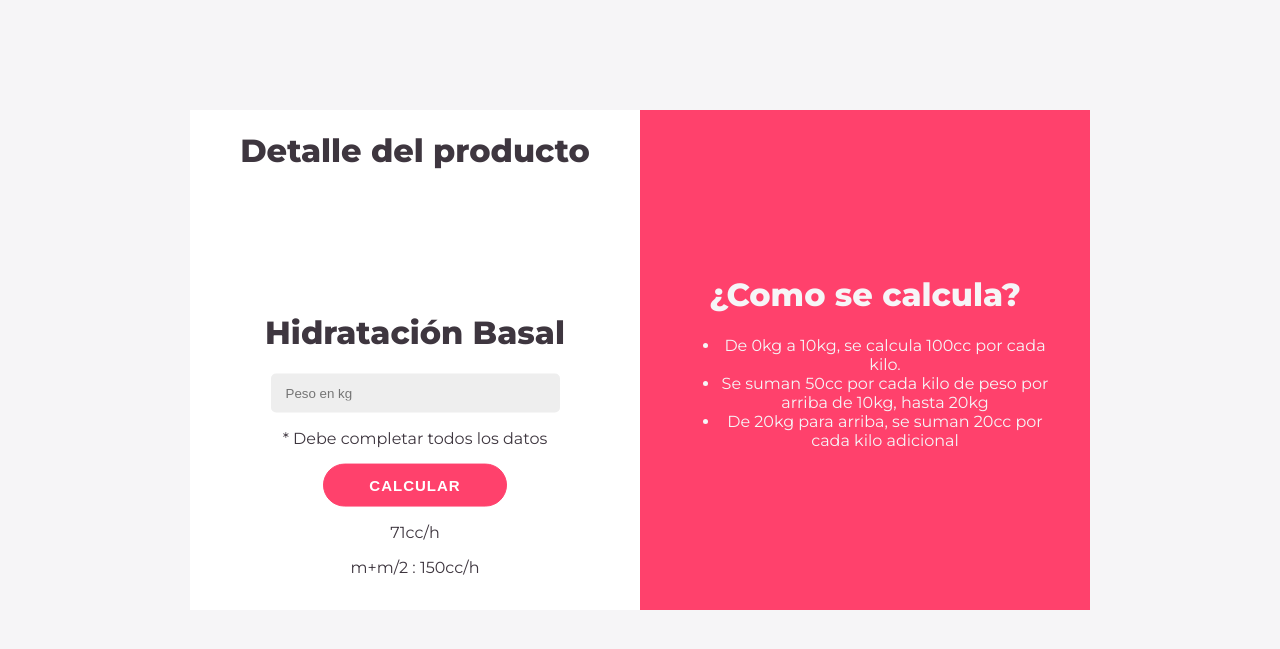
Repository: Fredy452/calculadora_basal
Page: index.html
These files come from the project's save history. The page is drawn as it stood at one moment and after the next save; the edit follows.
The browser window is 1280 px wide. The pictures show the whole page.

Above is the page before, as saved 2023-04-21 11:35:24.

### index.html
<!DOCTYPE html>
<html lang="en">
<head>
    <meta charset="UTF-8">
    <meta http-equiv="X-UA-Compatible" content="IE=edge">
    <meta name="viewport" content="width=device-width, initial-scale=1.0">
    <title>Calculadora de hidratación</title>
    <link rel="stylesheet" href="style.css">
</head>
<body>
    <div id="contenedor">
        <div id="calculadora">
            <h1>Detalle del producto</h1>
            <div class="contenido">
                <h1>Hidratación Basal</h1>
                <input type="number" name="peso" id="peso" placeholder="Peso en kg">
                <p>* Debe completar todos los datos</p>
                <button>Calcular</button>
                <p>71cc/h</p>
                <p>m+m/2 : 150cc/h</p>
            </div>
        </div>
        <div id="detalle">
            <div class="contenido">
                <h1>¿Como se calcula?</h1>
                <ul>
                    <li>De 0kg a 10kg, se calcula 100cc por cada kilo.</li>
                    <li>Se suman 50cc por cada kilo de peso por arriba de 10kg, hasta 20kg</li>
                    <li>De 20kg para arriba, se suman 20cc por cada kilo adicional</li>
                </ul>
            </div>
        </div>
    </div>
</body>
</html>

### style.css
@import url('https://fonts.googleapis.com/css?family=Montserrat:400,800');

body{
    font-family: 'Montserrat', sans-serif;
    background: #f6f5f7;
    color: #3E363F;
}
#contenedor{
    width: 900px;
    height: 500px;
    position: absolute;
    text-align: center;
    inset: 0;
    margin: auto;
    border-radius: 10px;
}
#calculadora{
    background: white;
    width: 50%;
    height: 100%;
    float: left;
}
#detalle{
    background: #FF416C;
    width: 50%;
    height: 100%;
    float: left;
    color: #f6f5f7;
}
.contenido{
    /* Centrando el contenido de los divs */
    position: relative;
    top: 50%;
    transform: translateY(-50%);
    overflow: hidden;
    padding: 40px;
}
input{
    width: 70%;
    padding: 12px 15px;
    border: none;
    background-color: #eee;
    outline: none;
    border-radius: 5px;
    transition: background-color 0.2s, border 0.2s, box-shadow 0.3s;
}
input:hover{
    background-color:#ebe8eb;
    border: 1px solid rgb(143, 138, 138);
    box-shadow: 0 0 10px rgb(126, 122, 122);
}
button{
    font-size: 15px;
    font-weight: bold;
    padding: 12px 45px;
    border-radius: 30px;
    background-color: #ff416c;
    border: 1px solid #ff416c;
    color: #ffffff;
    text-transform: uppercase;
    letter-spacing: 1px;
    transition: transform 20ms ease-in;
}
button:active{
    transform: scale(0.95);
}

After the next save:
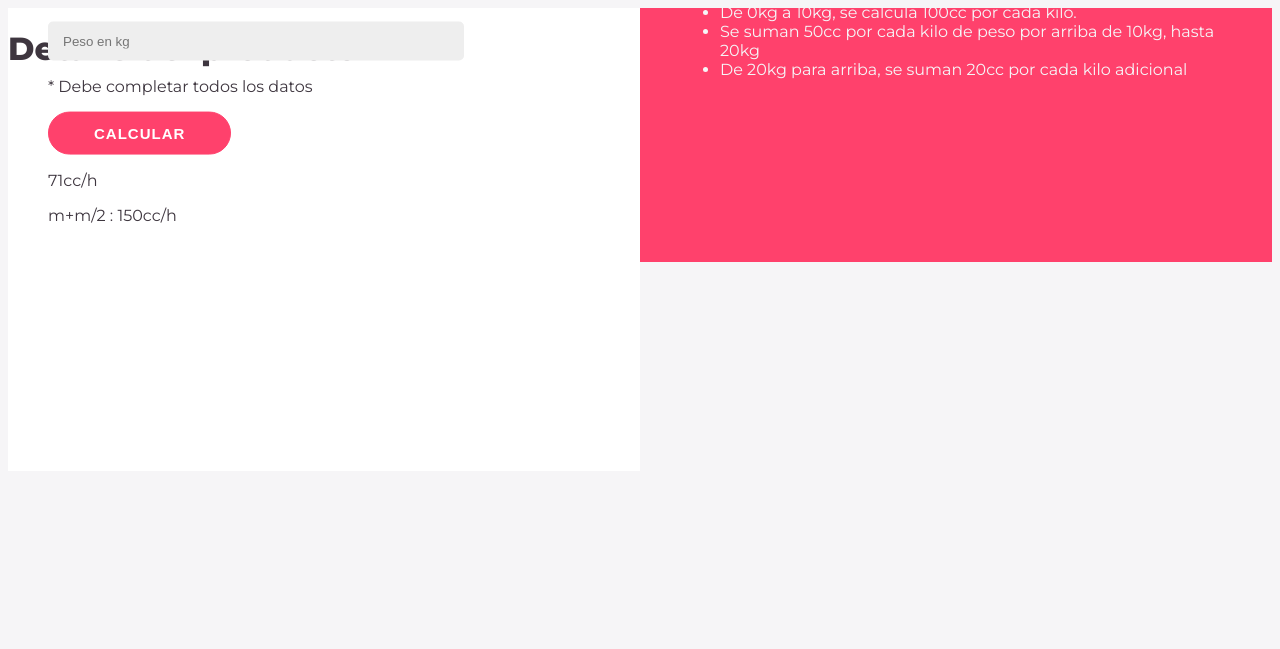
Saved 87 s later.
--- a/style.css
+++ b/style.css
@@ -6,13 +6,13 @@
     color: #3E363F;
 }
 #contenedor{
-    width: 900px;
+    /* width: 900px;
     height: 500px;
     position: absolute;
     text-align: center;
     inset: 0;
     margin: auto;
-    border-radius: 10px;
+    border-radius: 10px; */
 }
 #calculadora{
     background: white;

After the save that followed:
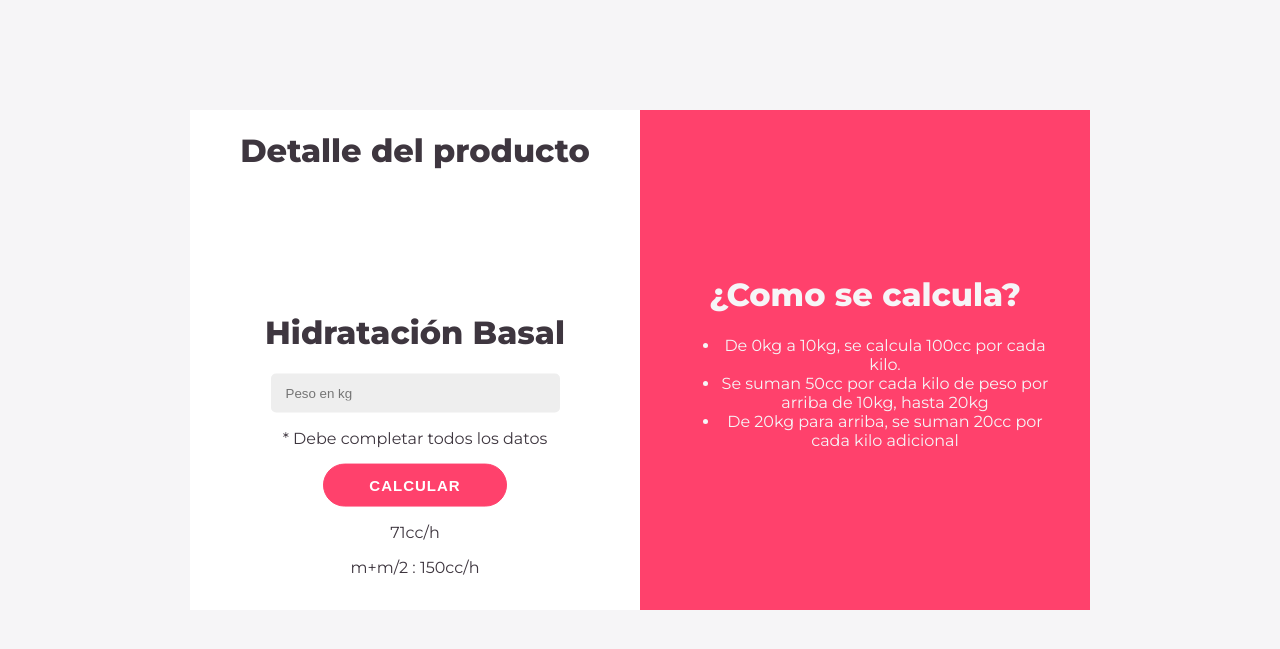
Saved 4 s later.
--- a/style.css
+++ b/style.css
@@ -6,13 +6,13 @@
     color: #3E363F;
 }
 #contenedor{
-    /* width: 900px;
+    width: 900px;
     height: 500px;
     position: absolute;
     text-align: center;
     inset: 0;
     margin: auto;
-    border-radius: 10px; */
+    border-radius: 10px;
 }
 #calculadora{
     background: white;
